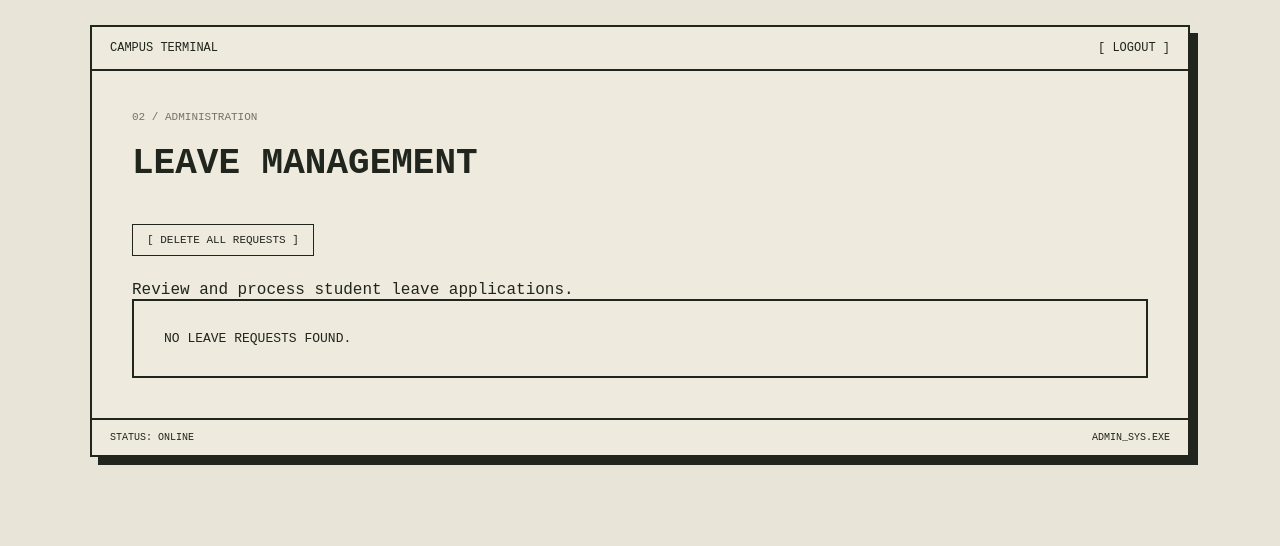
Repository: purrito123/student-register-system
Page: templates/admin_dashboard.html
An editor plug-in stored every save of this project. The page is shown before and after the next save, followed by the edit.
The browser window is 1280 px wide. The pictures show the whole page.
The page is served by the project's application, run on Flask 3 (app.py). The template is opened directly, without the code that normally fills it, so the values that code supplies are empty.

Above is the page before, as saved 2026-08-20 12:44:01.

### templates/admin_dashboard.html
<!DOCTYPE html>
<html>

<head>

    <title>Admin Dashboard</title>

    <style>

        * {
            box-sizing: border-box;
            margin: 0;
            padding: 0;
        }

        body {
            background: #e8e5d8;
            color: #20251d;
            font-family: "Courier New", monospace;
            min-height: 100vh;
            padding: 25px;
        }

        .terminal {
            width: 100%;
            max-width: 1100px;
            margin: auto;

            background: #eeeadd;

            border: 2px solid #20251d;

            box-shadow: 8px 8px 0 #20251d;
        }

        /* HEADER */

        .header {
            padding: 14px 18px;

            border-bottom: 2px solid #20251d;

            display: flex;
            justify-content: space-between;

            font-size: 12px;
        }

        .logout {
            color: #20251d;
            text-decoration: none;
        }

        .logout:hover {
            text-decoration: underline;
        }

        /* CONTENT */

        .content {
            padding: 40px;
        }

        .number {
            font-size: 11px;
            opacity: 0.6;
            margin-bottom: 20px;
        }

        h1 {
            font-size: 36px;
            margin-bottom: 10px;
        }

        .subtitle {
            color: #555;
            font-size: 13px;
            margin-bottom: 40px;
        }

        /* REQUEST */

        .request {
            border: 2px solid #20251d;

            margin-bottom: 20px;
        }

        .request-header {
            padding: 15px 20px;

            border-bottom: 2px solid #20251d;

            display: flex;
            justify-content: space-between;
            align-items: center;
        }

        .student-name {
            font-weight: bold;
        }

        .request-id {
            font-size: 10px;
            opacity: 0.6;
        }

        .request-body {
            padding: 20px;
        }

        .row {
            display: grid;

            grid-template-columns: 140px 1fr;

            margin-bottom: 12px;

            font-size: 13px;
        }

        .label {
            opacity: 0.6;
        }

        /* STATUS */

        .status {
            display: inline-block;

            border: 1px solid #20251d;

            padding: 5px 10px;

            font-size: 10px;

            margin-top: 5px;
        }

        /* BUTTONS */

        .actions {
            border-top: 1px solid #20251d;

            margin-top: 20px;

            padding-top: 20px;
        }

        .button {
            font-family: "Courier New", monospace;

            font-size: 11px;

            padding: 9px 14px;

            cursor: pointer;

            border: 1px solid #20251d;

            background: transparent;

            color: #20251d;

            margin-right: 8px;
        }

        .button:hover {
            background: #20251d;

            color: #eeeadd;
        }

        /* EMPTY */

        .empty {
            border: 2px solid #20251d;

            padding: 30px;

            font-size: 13px;
        }

        /* FOOTER */

        .footer {
            border-top: 2px solid #20251d;

            padding: 12px 18px;

            display: flex;
            justify-content: space-between;

            font-size: 10px;
        }

        @media (max-width: 650px) {

            .content {
                padding: 30px;
            }

            .request-header {
                flex-direction: column;
                align-items: flex-start;
                gap: 8px;
            }

            .row {
                grid-template-columns: 1fr;
                gap: 4px;
            }

            .footer {
                flex-direction: column;
                gap: 6px;
            }

        }

    </style>

</head>


<body>


    <div class="terminal">


        <!-- HEADER -->

        <div class="header">

            <span>
                CAMPUS TERMINAL
            </span>

            <a
                href="/logout"
                class="logout"
            >
                [ LOGOUT ]
            </a>

        </div>


        <!-- CONTENT -->

        <div class="content">


            <div class="number">
                02 / ADMINISTRATION
            </div>


            <h1>
                LEAVE MANAGEMENT
            </h1>


            <p class="subtitle">
                <form
    method="POST"
    action="/delete-all-leaves"
    onsubmit="return confirm('Delete ALL leave requests? This cannot be undone.');"
    style="margin-bottom: 25px;"
>

    <button
        type="submit"
        class="button"
    >
        [ DELETE ALL REQUESTS ]
    </button>

</form>
                Review and process student leave applications.
            </p>



            {% if leaves %}


                {% for leave in leaves %}


                    <div class="request">


                        <!-- REQUEST HEADER -->

                        <div class="request-header">

                            <span class="student-name">

                                {{ leave[1] }}

                            </span>

                            <span class="request-id">

                                REQUEST #{{ leave[0] }}

                            </span>

                        </div>


                        <!-- REQUEST BODY -->

                        <div class="request-body">


                            <div class="row">

                                <div class="label">
                                    FROM
                                </div>

                                <div>
                                    {{ leave[2] }}
                                </div>

                            </div>


                            <div class="row">

                                <div class="label">
                                    TO
                                </div>

                                <div>
                                    {{ leave[3] }}
                                </div>

                            </div>


                            <div class="row">

                                <div class="label">
                                    REASON
                                </div>

                                <div>
                                    {{ leave[4] }}
                                </div>

                            </div>


                            <div class="row">

                                <div class="label">
                                    STATUS
                                </div>

                                <div>

                                    <span class="status">

                                        {{ leave[5] }}

                                    </span>

                                </div>

                            </div>


                            {% if leave[5] == "Pending" %}


                                <div class="actions">


                                    <form
                                        method="POST"
                                        action="/update-leave/{{ leave[0] }}"
                                        style="display:inline;"
                                    >

                                        <input
                                            type="hidden"
                                            name="status"
                                            value="Accepted"
                                        >

                                        <button
                                            type="submit"
                                            class="button"
                                        >
                                            [ ACCEPT ]
                                        </button>

                                    </form>


                                    <form
                                        method="POST"
                                        action="/update-leave/{{ leave[0] }}"
                                        style="display:inline;"
                                    >

                                        <input
                                            type="hidden"
                                            name="status"
                                            value="Declined"
                                        >

                                        <button
                                            type="submit"
                                            class="button"
                                        >
                                            [ DECLINE ]
                                        </button>

                                    </form>


                                </div>


                            {% endif %}


                        </div>


                    </div>


                {% endfor %}


            {% else %}


                <div class="empty">

                    NO LEAVE REQUESTS FOUND.

                </div>


            {% endif %}


        </div>


        <!-- FOOTER -->

        <div class="footer">

            <span>
                STATUS: ONLINE
            </span>

            <span>
                ADMIN_SYS.EXE
            </span>

        </div>


    </div>


</body>

</html>

### app.py
from flask import Flask, render_template, request, session, redirect
import sqlite3
from werkzeug.security import generate_password_hash, check_password_hash

app = Flask(__name__)
app.secret_key = "student-registration-secret"


def init_db():
    conn = sqlite3.connect("database.db")
    cursor = conn.cursor()

    cursor.execute("""
        CREATE TABLE IF NOT EXISTS students (
            id INTEGER PRIMARY KEY AUTOINCREMENT,
            name TEXT NOT NULL,
            dob TEXT NOT NULL,
            course TEXT NOT NULL,
            email TEXT NOT NULL,
            password TEXT NOT NULL
        )
    """)

    conn.commit()
    conn.close()


@app.route("/")
def home():
    return render_template("signup.html")


@app.route("/student-register", methods=["GET", "POST"])
def student_register():

    if request.method == "POST":

        name = request.form["name"]
        dob = request.form["dob"]
        course = request.form["course"]
        email = request.form["email"]
        password = request.form["password"]

        password_hash = generate_password_hash(password)

        conn = sqlite3.connect("database.db")
        cursor = conn.cursor()

        cursor.execute("""
            INSERT INTO students (name, dob, course, email, password)
            VALUES (?, ?, ?, ?, ?)
        """, (name, dob, course, email, password_hash))

        conn.commit()
        conn.close()

        return render_template("registration_success.html")

    return render_template("student_register.html")


@app.route("/students")
def students():

    conn = sqlite3.connect("database.db")
    cursor = conn.cursor()

    cursor.execute("SELECT * FROM students")

    students = cursor.fetchall()

    conn.close()

    return str(students)


@app.route("/admin-register", methods=["GET", "POST"])
def admin_register():

    if request.method == "POST":

        name = request.form["name"]
        email = request.form["email"]
        password = request.form["password"]

        password_hash = generate_password_hash(password)

        conn = sqlite3.connect("database.db")
        cursor = conn.cursor()

        cursor.execute("""
            INSERT INTO admins (name, email, password)
            VALUES (?, ?, ?)
        """, (name, email, password_hash))

        conn.commit()
        conn.close()

        return render_template("admin_registration_success.html")

    return render_template("admin_register.html")


@app.route("/login", methods=["GET", "POST"])
def login():

    if request.method == "POST":

        email = request.form["email"]
        password = request.form["password"]

        conn = sqlite3.connect("database.db")
        cursor = conn.cursor()

        cursor.execute(
            "SELECT * FROM students WHERE email = ?",
            (email,)
        )

        student = cursor.fetchone()

        conn.close()

        if student:
            stored_password = student[5]

            if check_password_hash(stored_password, password):
                session["student_id"] = student[0]
            return render_template("student_dashboard.html", student=student)

        return "Invalid email or password"

    return render_template("login.html")

@app.route("/student-dashboard")
def student_dashboard():

    if "student_id" not in session:
        return "Please login first."

    student_id = session["student_id"]

    conn = sqlite3.connect("database.db")
    cursor = conn.cursor()

    cursor.execute(
        "SELECT id, name, dob, course, email FROM students WHERE id = ?",
        (student_id,)
    )

    student = cursor.fetchone()

    cursor.execute("""
        SELECT id, start_date, end_date, reason, status
        FROM leaves
        WHERE student_id = ?
    """, (student_id,))

    leaves = cursor.fetchall()

    conn.close()

    if student is None:
        return "Student not found."

    return render_template(
        "student_dashboard.html",
        student=student,
        leaves=leaves
    )

@app.route("/logout")
def logout():
    session.clear()
    return render_template("logout.html")

@app.route("/apply-leave", methods=["GET", "POST"])
def apply_leave():

    if "student_id" not in session:
        return "Please login first."

    if request.method == "POST":

        start_date = request.form["start_date"]
        end_date = request.form["end_date"]
        reason = request.form["reason"]

        student_id = session["student_id"]

        conn = sqlite3.connect("database.db")
        cursor = conn.cursor()

        cursor.execute("""
            INSERT INTO leaves
            (student_id, start_date, end_date, reason)
            VALUES (?, ?, ?, ?)
        """, (student_id, start_date, end_date, reason))

        conn.commit()
        conn.close()

        return render_template("leave_success.html")

    return render_template("apply_leave.html")

def init_db():
    conn = sqlite3.connect("database.db")
    cursor = conn.cursor()

    cursor.execute("""
        CREATE TABLE IF NOT EXISTS students (
            id INTEGER PRIMARY KEY AUTOINCREMENT,
            name TEXT NOT NULL,
            dob TEXT NOT NULL,
            course TEXT NOT NULL,
            email TEXT NOT NULL,
            password TEXT NOT NULL
        )
    """)

    cursor.execute("""
        CREATE TABLE IF NOT EXISTS leaves (
            id INTEGER PRIMARY KEY AUTOINCREMENT,
            student_id INTEGER NOT NULL,
            start_date TEXT NOT NULL,
            end_date TEXT NOT NULL,
            reason TEXT NOT NULL,
            status TEXT DEFAULT 'Pending'
        )
    """)

    cursor.execute("""
        CREATE TABLE IF NOT EXISTS admins (
            id INTEGER PRIMARY KEY AUTOINCREMENT,
            name TEXT NOT NULL,
            email TEXT NOT NULL,
            password TEXT NOT NULL
        )
    """)

    conn.commit()
    conn.close()

@app.route("/admin-login", methods=["GET", "POST"])
def admin_login():

    if request.method == "POST":

        email = request.form["email"]
        password = request.form["password"]

        conn = sqlite3.connect("database.db")
        cursor = conn.cursor()

        cursor.execute(
            "SELECT * FROM admins WHERE email = ?",
            (email,)
        )

        admin = cursor.fetchone()

        conn.close()

        if admin:
            stored_password = admin[3]

        if check_password_hash(stored_password, password):

            session["admin_id"] = admin[0]

            return redirect("/admin-dashboard")

        return "Invalid admin email or password"

    return render_template("admin_login.html")

@app.route("/admin-dashboard")
def admin_dashboard():

    if "admin_id" not in session:
        return "Please login as admin first."

    conn = sqlite3.connect("database.db")
    cursor = conn.cursor()

    cursor.execute("""
        SELECT
            leaves.id,
            students.name,
            leaves.start_date,
            leaves.end_date,
            leaves.reason,
            leaves.status
        FROM leaves
        JOIN students
        ON leaves.student_id = students.id
    """)

    leaves = cursor.fetchall()

    conn.close()

    return render_template(
        "admin_dashboard.html",
        leaves=leaves
    )

@app.route("/student-database")
def student_database():

    conn = sqlite3.connect("database.db")
    cursor = conn.cursor()

    cursor.execute("""
        SELECT * FROM students
    """)

    students = cursor.fetchall()

    conn.close()

    return render_template(
        "student_database.html",
        students=students
    )

@app.route("/update-leave/<int:leave_id>", methods=["POST"])
def update_leave(leave_id):

    if "admin_id" not in session:
        return "Please login as admin first."

    status = request.form["status"]

    conn = sqlite3.connect("database.db")
    cursor = conn.cursor()

    cursor.execute(
        "UPDATE leaves SET status = ? WHERE id = ?",
        (status, leave_id)
    )

    conn.commit()
    conn.close()

    return redirect("/admin-dashboard")

@app.route("/delete-all-leaves", methods=["POST"])
def delete_all_leaves():

    conn = sqlite3.connect("database.db")
    cursor = conn.cursor()

    cursor.execute("DELETE FROM leaves")

    conn.commit()
    conn.close()

    return redirect("/admin-dashboard")

init_db()

if __name__ == "__main__":
    app.run(debug=True)

After the next save:
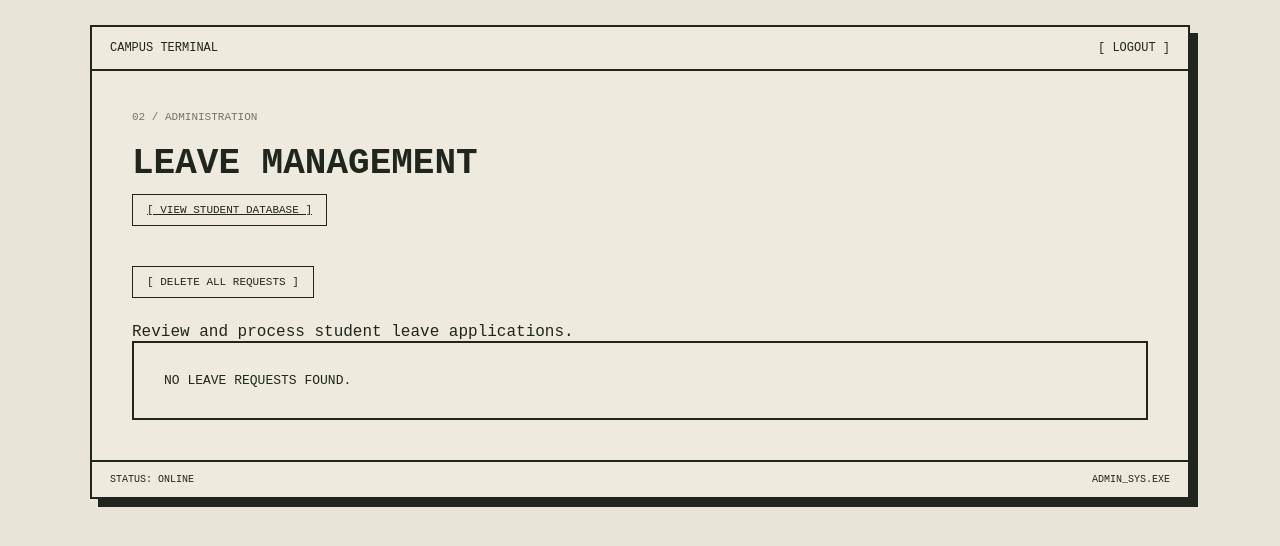
Saved 118 s later.
--- a/templates/admin_dashboard.html
+++ b/templates/admin_dashboard.html
@@ -260,7 +260,13 @@
             <h1>
                 LEAVE MANAGEMENT
             </h1>
-
+<div style="margin-bottom:25px; display:flex; gap:10px; flex-wrap:wrap;">
+
+    <a href="/student-database" class="button">
+        [ VIEW STUDENT DATABASE ]
+    </a>
+
+</div>
 
             <p class="subtitle">
                 <form
